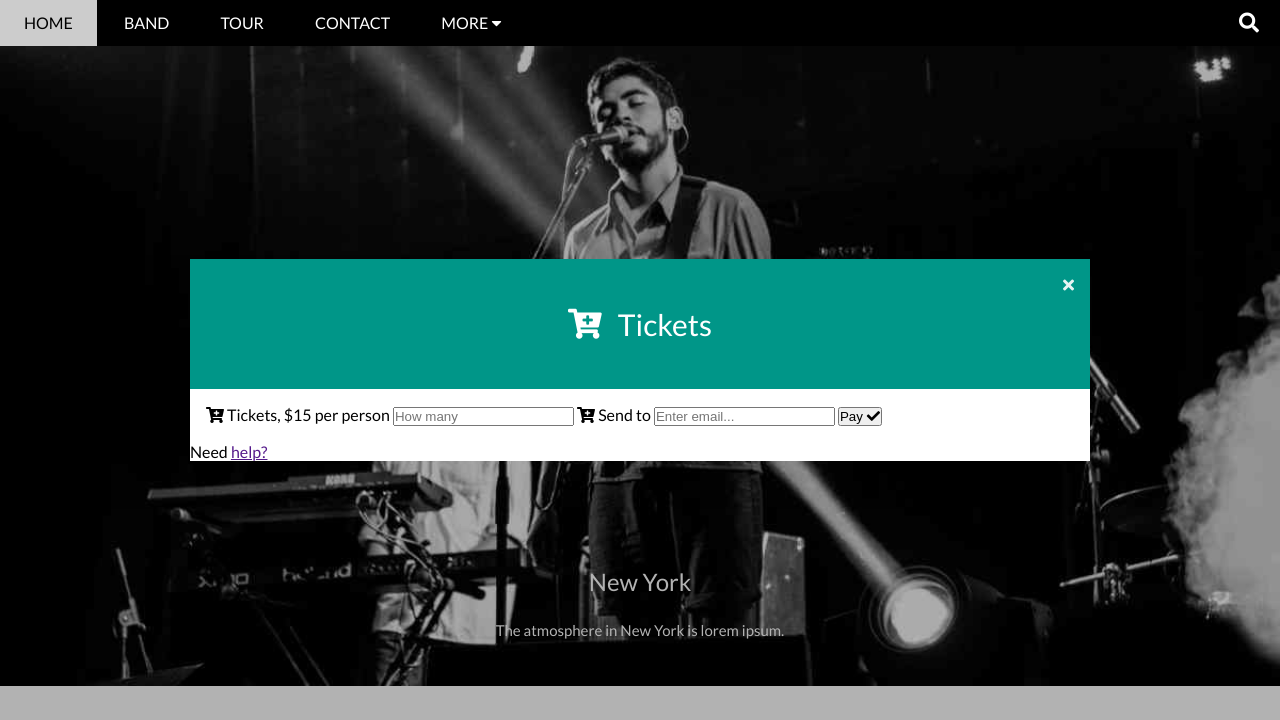
Repository: phunobi1807/theband
Page: index.html
An editor plug-in stored every save of this project. The page is shown before and after the next save, followed by the edit.
The browser window is 1280 px wide. The pictures show the window.
A layer covers the whole window, so only the first screen is drawn.

Above is the page before, as saved 2021-07-16 19:56:11.

After the next save:
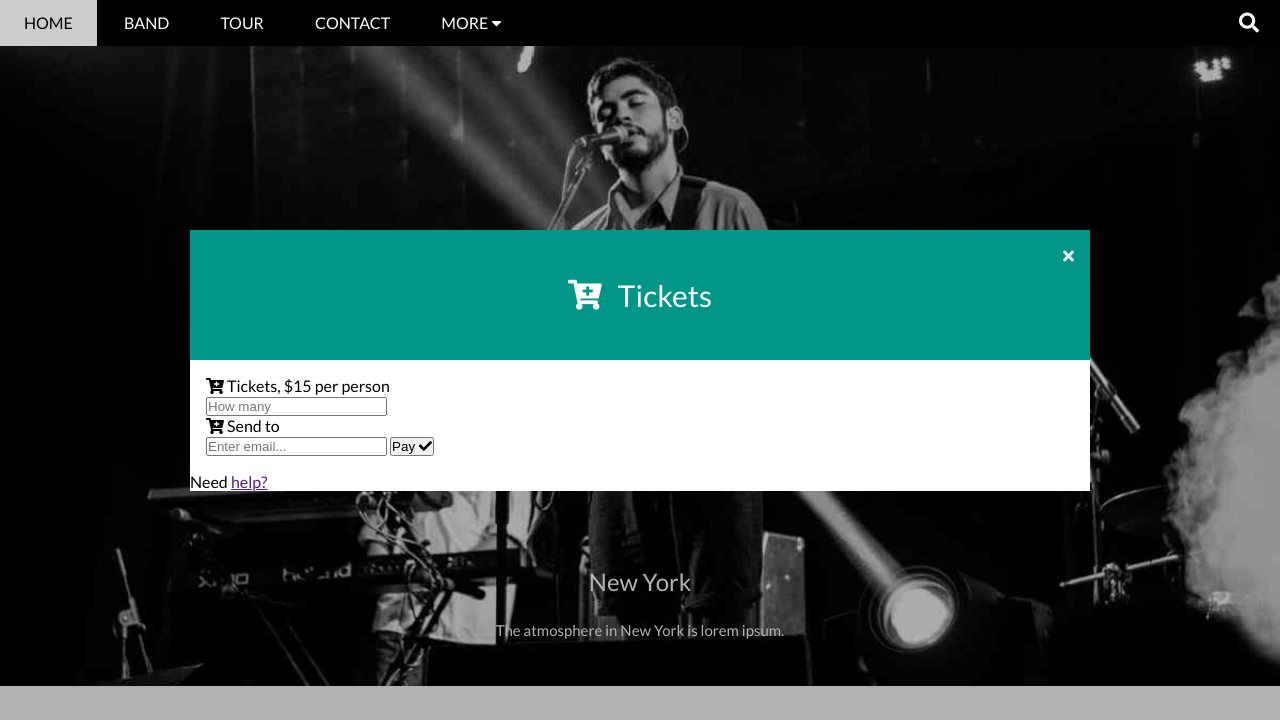
Saved 83 s later.
--- a/assets/css/style.css
+++ b/assets/css/style.css
@@ -328,3 +328,7 @@ html {
     padding: 16px;
 
 }
+.modal-label
+{
+    display: block;
+}
